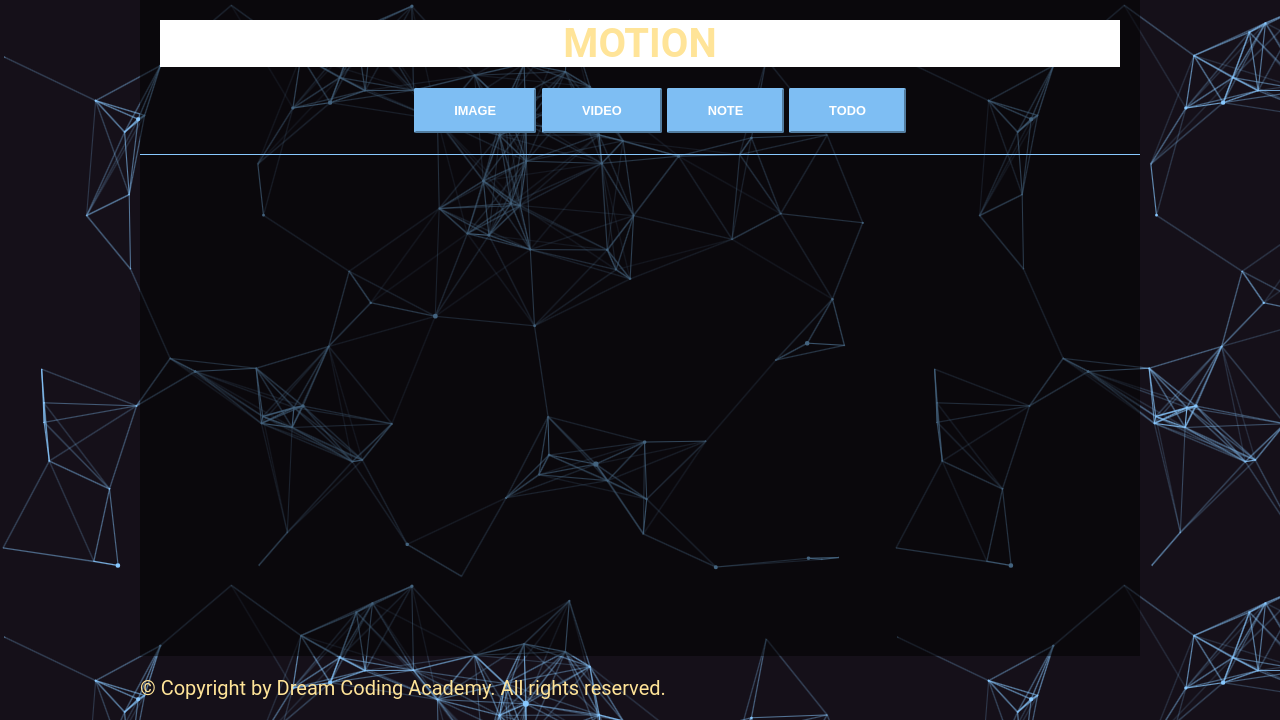
Repository: chefkuna/Motion
Page: index.html
The author's editor kept a copy of each file at every save. The page is drawn from the files as they stood at one save, then again after the next save.
The browser window is 1280 px wide. The pictures show the whole page.

Above is the page before, as saved 2022-08-21 14:47:35.

After the next save:
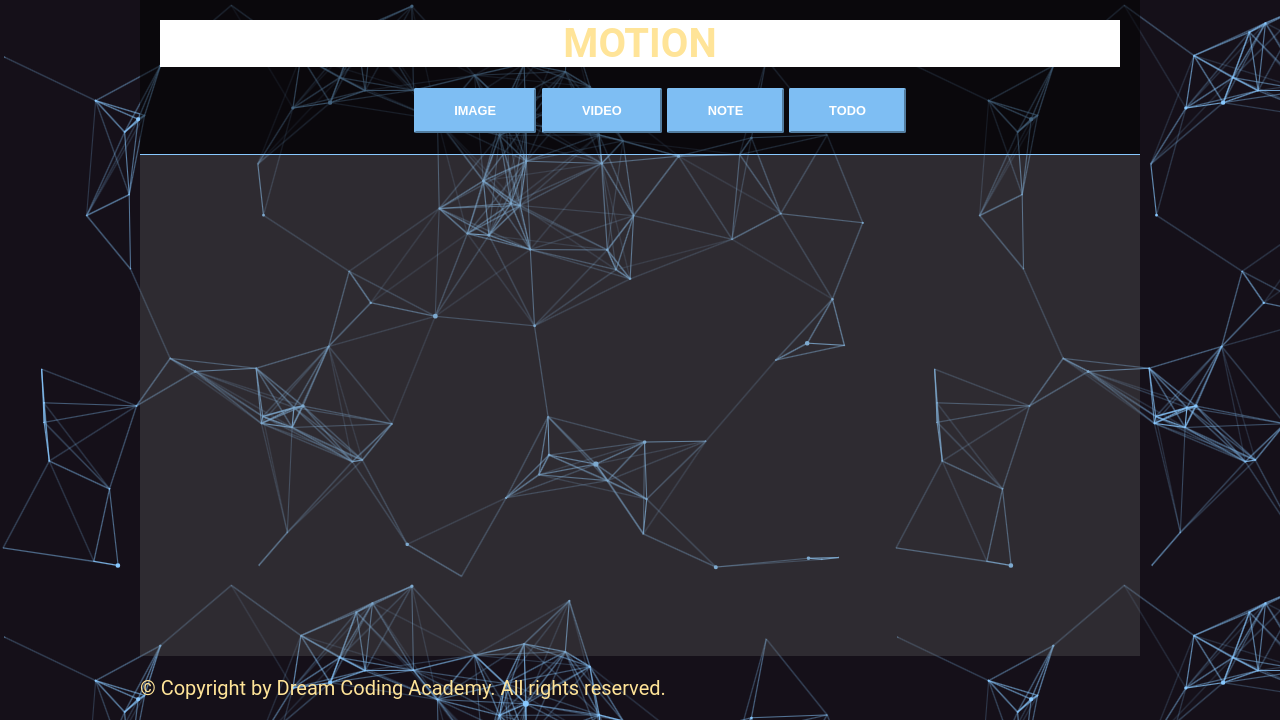
Saved 13 s later.
--- a/style/style.css
+++ b/style/style.css
@@ -79,5 +79,5 @@ body {
 .document {
   height: 100%;
   overflow-y: auto;
-  background-color: var(--bg-main-color);
+  background-color: var(--document-bg-color);
 }
